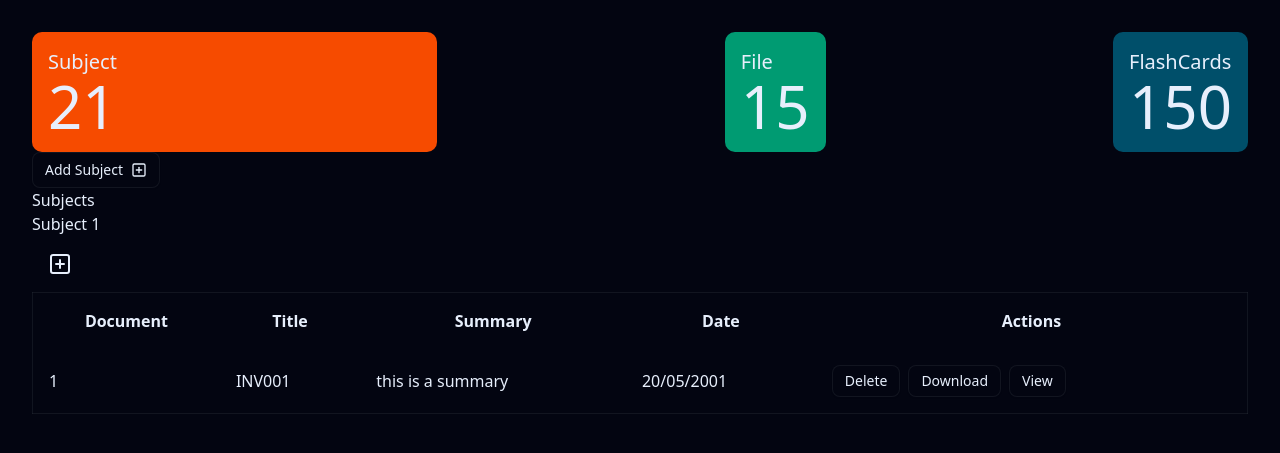
Repository: SywarDer/Student-Assistance
Page: /dashboard (app in student-assistant/)
An editor plug-in stored every save of this project. The page is shown before and after the next save, followed by the edit.
The browser window is 1280 px wide. The pictures show the whole page.
The project was rebuilt for these pictures with package versions that can differ from the ones it lists, and the page was loaded fresh each time. The framework's server and built-in components were replaced by stand-ins that run in the browser. Also part of the build but not shown: student-assistant/next.config.ts, student-assistant/components/ui/input.tsx.

Above is the page before, as saved 2025-10-30 20:41:38.

After the next save:
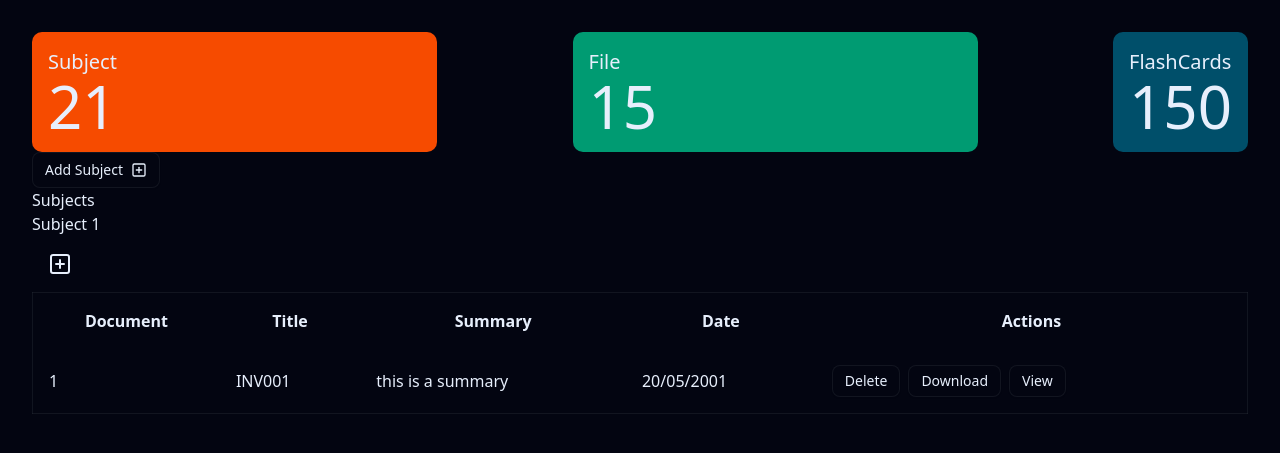
Saved 14 s later.
--- a/student-assistant/app/dashboard/page.tsx
+++ b/student-assistant/app/dashboard/page.tsx
@@ -31,7 +31,7 @@ export default function Dashboard() {
                     <h1 className="text-xl">Subject</h1>
                     <h1 className="text-6xl">21</h1>
                 </div>
-                <div className="rounded-lg p-4" style={{
+                <div className="rounded-lg p-4 w-1/3" style={{
                     backgroundColor: "var(--chart-2)",
                     color: "var(--card-foreground)",
                 }}>
